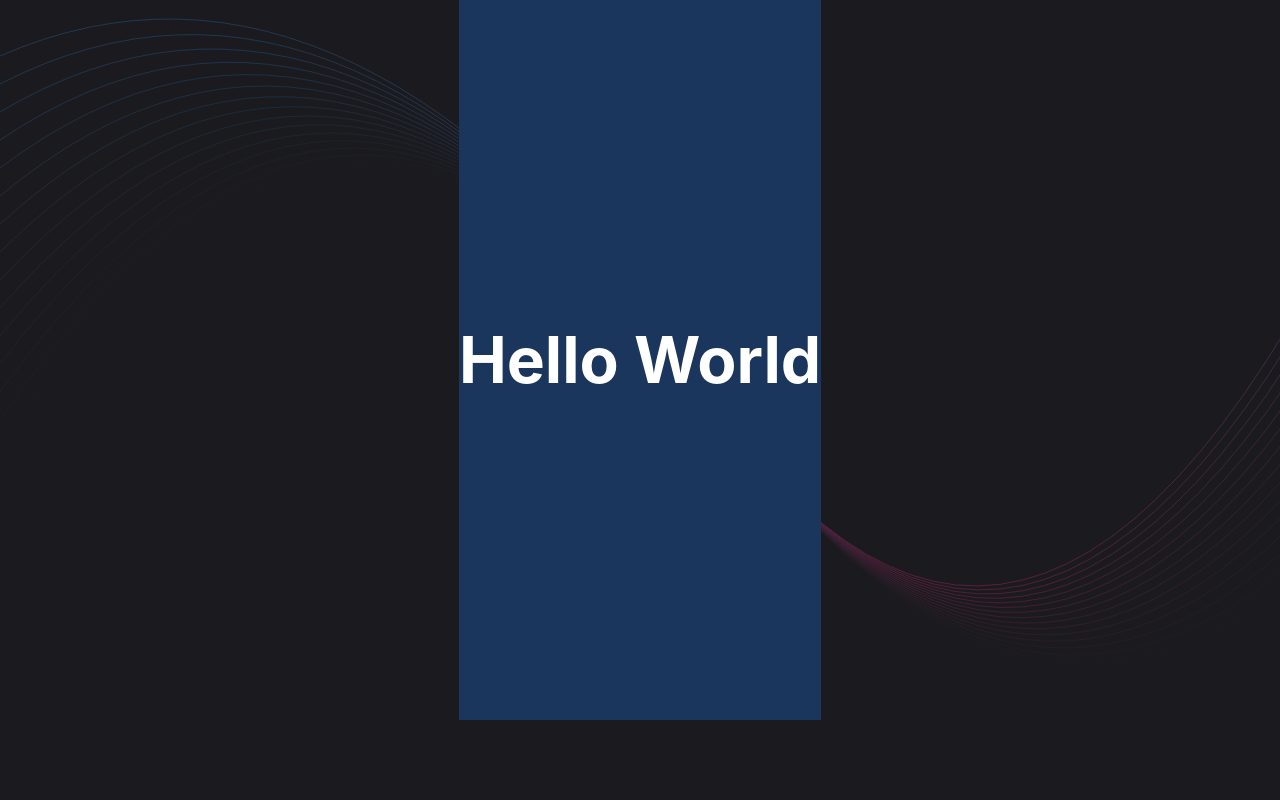
Repository: MarkHold/Cloudnote
Page: / (app in Starter-Page/src/renderer/)
An editor plug-in stored every save of this project. The page is shown before and after the next save, followed by the edit.
The browser window is 1280 px wide. The pictures show the whole page.
The project was rebuilt for these pictures with package versions that can differ from the ones it lists, and the page was loaded fresh each time.

Above is the page before, as saved 2025-02-07 21:03:41.

### Starter-Page/src/renderer/src/App.tsx
import Versions from './components/Versions'
import electronLogo from './assets/electron.svg'

function App(): JSX.Element {
  const ipcHandle = (): void => window.electron.ipcRenderer.send('ping')

  return (
    <div
      style={{
        backgroundColor: '#1a365d', // dark blue background
        minHeight: '100vh', // full viewport height
        display: 'flex',
        justifyContent: 'center',
        alignItems: 'center'
      }}
    >
      <h1
        style={{
          color: 'white',
          fontSize: '4rem',
          fontWeight: 'bold'
        }}
      >
        Hello World
      </h1>
    </div>
  )
}

export default App

Loaded but not shown: Starter-Page/src/renderer/index.html (common file); Starter-Page/src/renderer/src/main.tsx (common file); Starter-Page/src/renderer/src/assets/main.css (common file); Starter-Page/src/renderer/src/assets/base.css (common file)

After the next save:
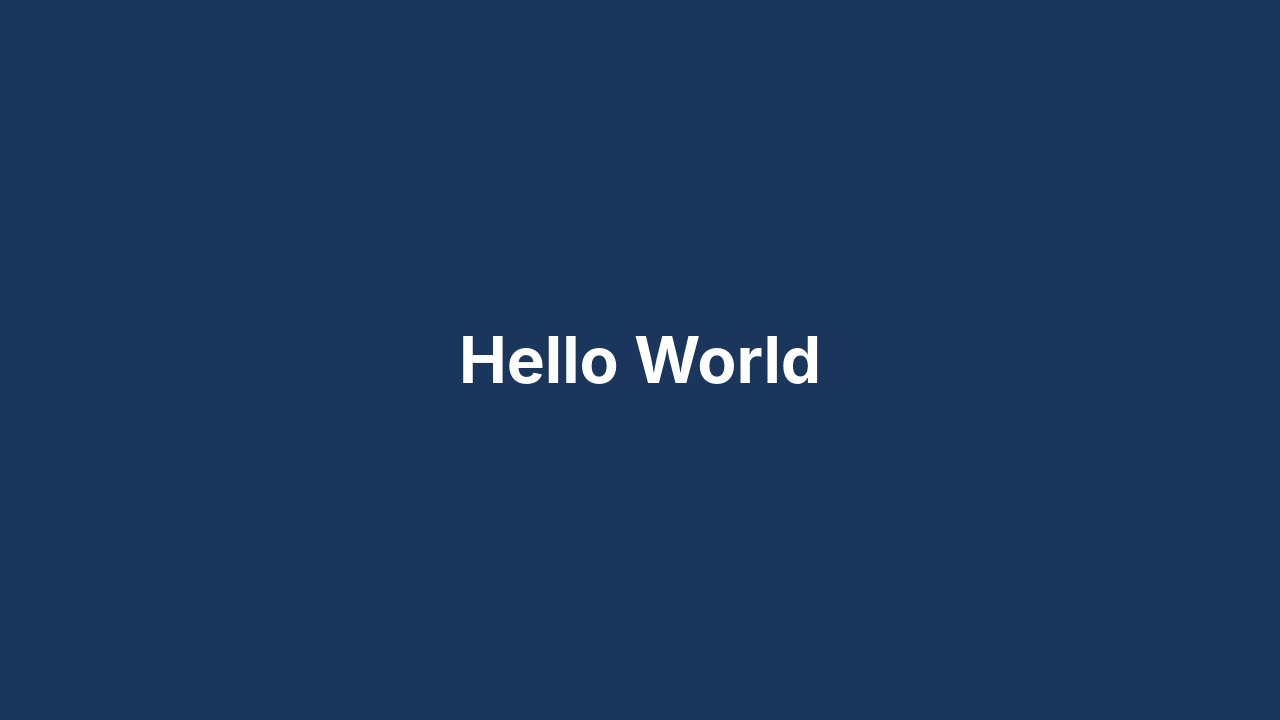
Saved 2 min 56 s later.
--- a/Starter-Page/src/renderer/src/App.tsx
+++ b/Starter-Page/src/renderer/src/App.tsx
@@ -1,14 +1,17 @@
-import Versions from './components/Versions'
-import electronLogo from './assets/electron.svg'
-
 function App(): JSX.Element {
-  const ipcHandle = (): void => window.electron.ipcRenderer.send('ping')
-
   return (
     <div
       style={{
         backgroundColor: '#1a365d', // dark blue background
         minHeight: '100vh', // full viewport height
+        minWidth: '100vw', // full viewport width
+        margin: 0,
+        padding: 0,
+        position: 'fixed', // ensures no scrolling and full coverage
+        top: 0,
+        left: 0,
+        right: 0,
+        bottom: 0,
         display: 'flex',
         justifyContent: 'center',
         alignItems: 'center'
